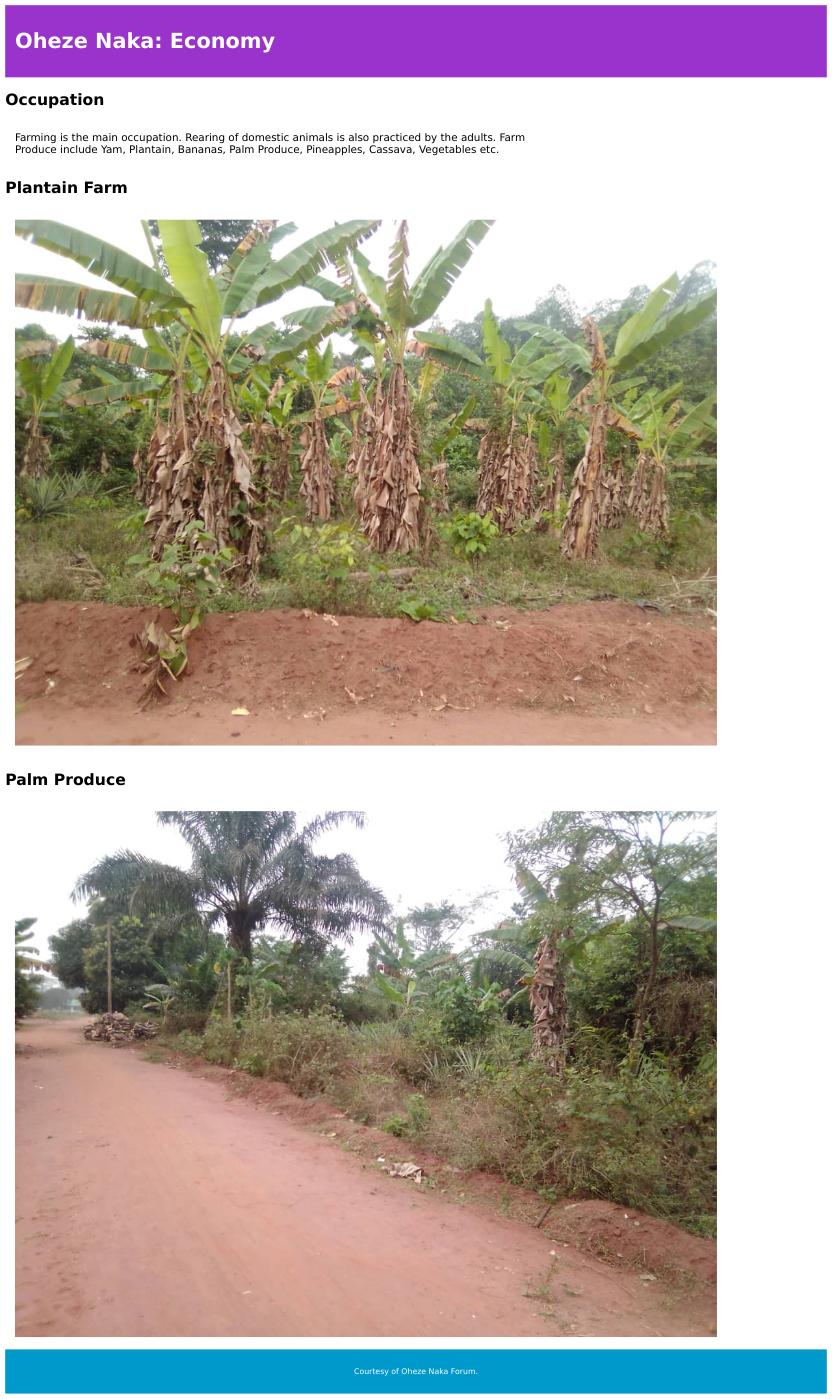
Repository: OtasowieRotimiOsifo/oheze-naka-forum
Page: economy.html
An editor plug-in stored every save of this project. The page is shown before and after the next save, followed by the edit.
The browser window is 1280 px wide. The pictures show the whole page, at 65% of full size.

Above is the page before, as saved 2021-04-01 22:50:38.

### economy.html
<!DOCTYPE html>
<html lang="en">

<meta name="viewport" content="width=device-width, initial-scale=1.0">
<style>
* {
  box-sizing: border-box;
}

.row::after {
  content: "";
  clear: both;
  display: table;
}

[class*="col-"] {
  float: left;
  padding: 15px;
}

html {
  font-family: "Lucida Sans", sans-serif;
}

.header {
  background-color: #9933cc;
  color: #ffffff;
  padding: 15px;
}

.menu ul {
  list-style-type: none;
  margin: 0;
  padding: 0;
}

.menu li {
  padding: 8px;
  margin-bottom: 7px;
  background-color: #33b5e5;
  color: #ffffff;
  box-shadow: 0 1px 3px rgba(0,0,0,0.12), 0 1px 2px rgba(0,0,0,0.24);
}

.menu li:hover {
  background-color: #0099cc;
}

.aside {
  background-color: #4E38A9;
  padding: 15px;
  color: #ffffff;
  text-align: center;
  font-size: 14px;
  box-shadow: 0 1px 3px rgba(0,0,0,0.12), 0 1px 2px rgba(0,0,0,0.24);
}

.footer {
  background-color: #0099cc;
  color: #ffffff;
  text-align: center;
  font-size: 12px;
  padding: 15px;
}

/* For mobile phones: */
[class*="col-"] {
  width: 100%;
}

@media only screen and (min-width: 600px) {
  /* For tablets: */
  .col-s-1 {width: 8.33%;}
  .col-s-2 {width: 16.66%;}
  .col-s-3 {width: 25%;}
  .col-s-4 {width: 33.33%;}
  .col-s-5 {width: 41.66%;}
  .col-s-6 {width: 50%;}
  .col-s-7 {width: 58.33%;}
  .col-s-8 {width: 66.66%;}
  .col-s-9 {width: 75%;}
  .col-s-10 {width: 83.33%;}
  .col-s-11 {width: 91.66%;}
  .col-s-12 {width: 100%;}
}
@media only screen and (min-width: 768px) {
  /* For desktop: */
  .col-1 {width: 8.33%;}
  .col-2 {width: 16.66%;}
  .col-3 {width: 25%;}
  .col-4 {width: 33.33%;}
  .col-5 {width: 41.66%;}
  .col-6 {width: 50%;}
  .col-7 {width: 58.33%;}
  .col-8 {width: 66.66%;}
  .col-9 {width: 75%;}
  .col-10 {width: 83.33%;}
  .col-11 {width: 91.66%;}
  .col-12 {width: 100%;}
}
</style>
<head>
<title> Oheze-Naka Economy </title>
</head>
<body>

<div class="header">
  <h1>Oheze Naka: Economy</h1>
</div>
<div class="row">
  <h2>Occupation</h2>
  <div class="col-8 col-s-9">
      <span>Farming is the main occupation. Rearing of domestic animals is also practiced by the adults. </span>
      <span>Farm Produce include Yam, Plantain, Bananas, Palm Produce, Pineapples, Cassava, Vegetables etc.</span>
    </div>
  </div>
  <div class="row">
    <h2>Plantain Farm</h2>
    <div  class="col-3 col-s-3">
      <img src="img/plantain-farm.jpg"/>
  </div>
  </div>
  <div class="row">
    <h2>Palm Produce</h2>
    <div  class="col-3 col-s-3">
      <img src="img/palm-tree.jpg"/>
  </div>
  </div>
<div class="footer">
  <p>Courtesy of Oheze Naka Forum.</p>
</div>

</body>
</html>

After the next save:
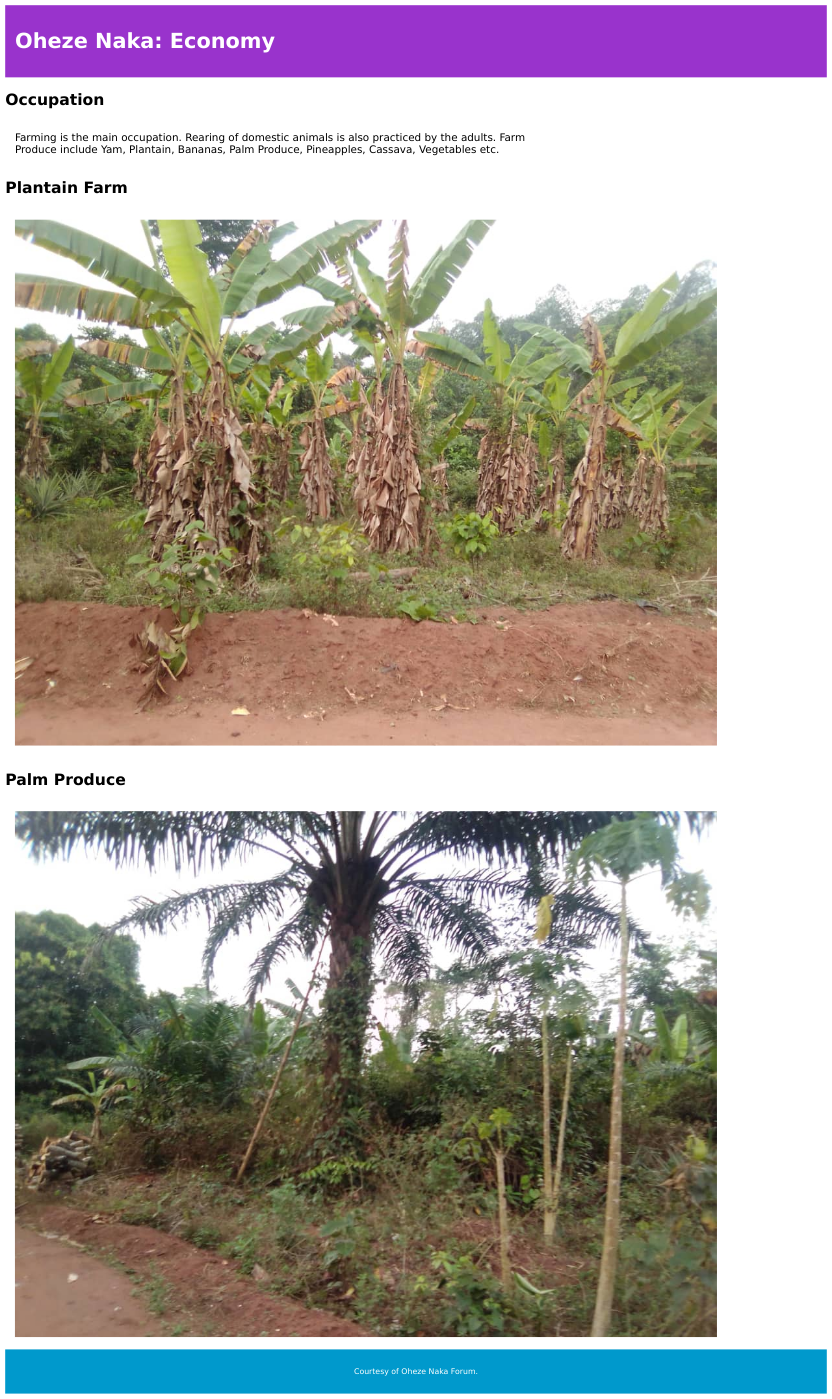
Saved 43 s later.
--- a/economy.html
+++ b/economy.html
@@ -123,7 +123,7 @@ html {
   <div class="row">
     <h2>Palm Produce</h2>
     <div  class="col-3 col-s-3">
-      <img src="img/palm-tree.jpg"/>
+      <img src="img/palm-tree2.jpg"/>
   </div>
   </div>
 <div class="footer">
